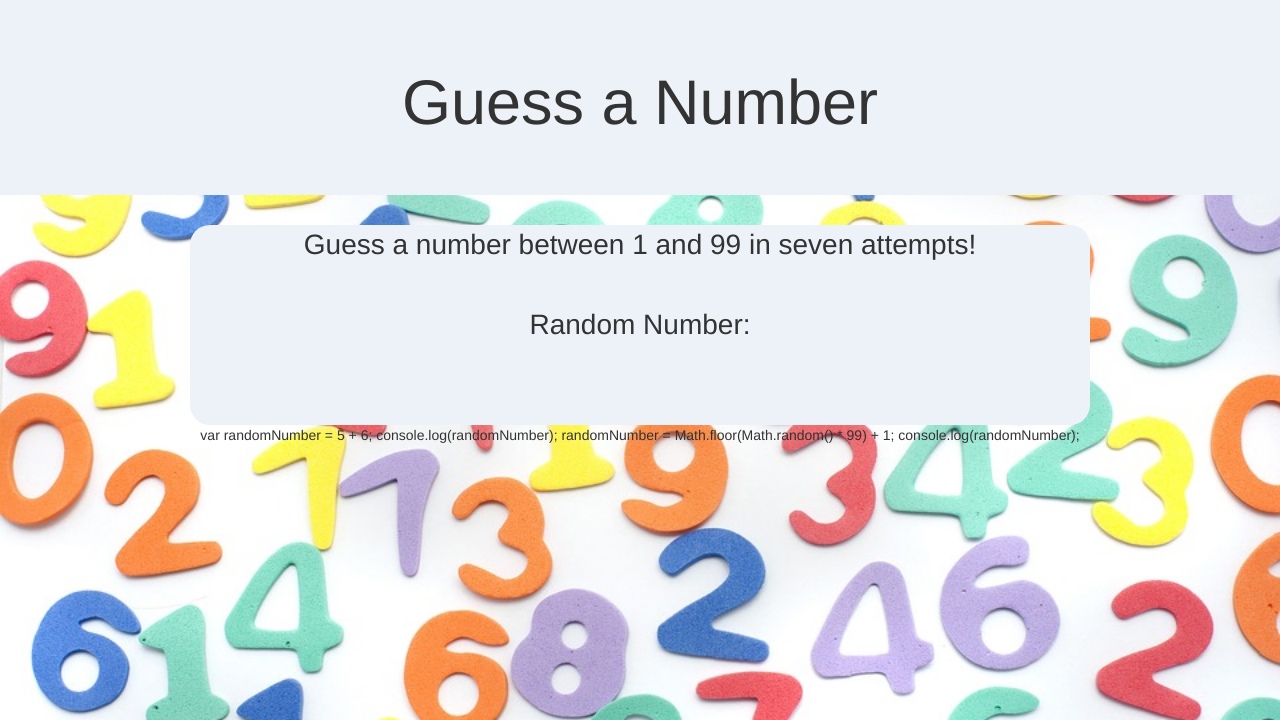
Repository: dereki16/lab3.1
Page: labs/lab1/index.html
The author's editor kept a record of every edit. The page is drawn from the files as they stood at one moment, then again after the next edit.
The browser window is 1280 px wide. The pictures show the whole page.

Above is the page before.

After the next edit:
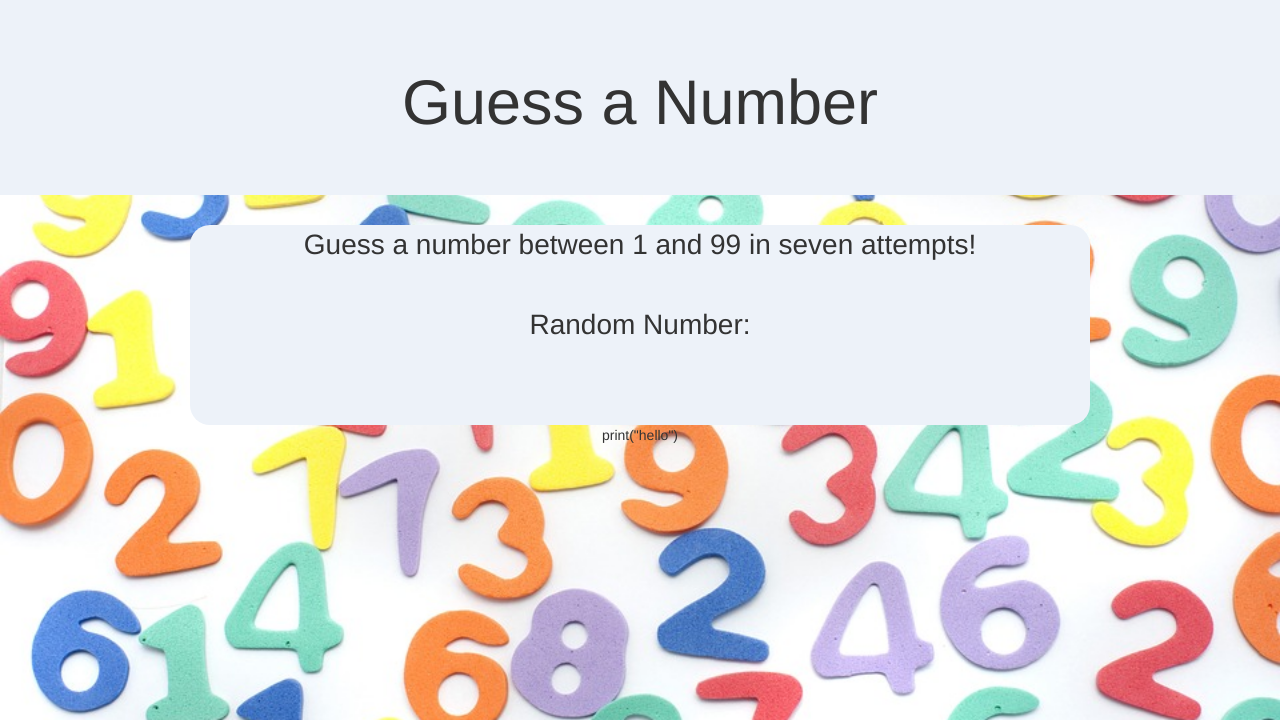
The edit:
--- a/labs/lab1/index.html
+++ b/labs/lab1/index.html
@@ -27,11 +27,7 @@
 
     <scipt>
 
-        var randomNumber = 5 + 6;
-        console.log(randomNumber);
-
-        randomNumber = Math.floor(Math.random() * 99) + 1;
-        console.log(randomNumber);
+        print("hello")
 
     </scipt>
 
